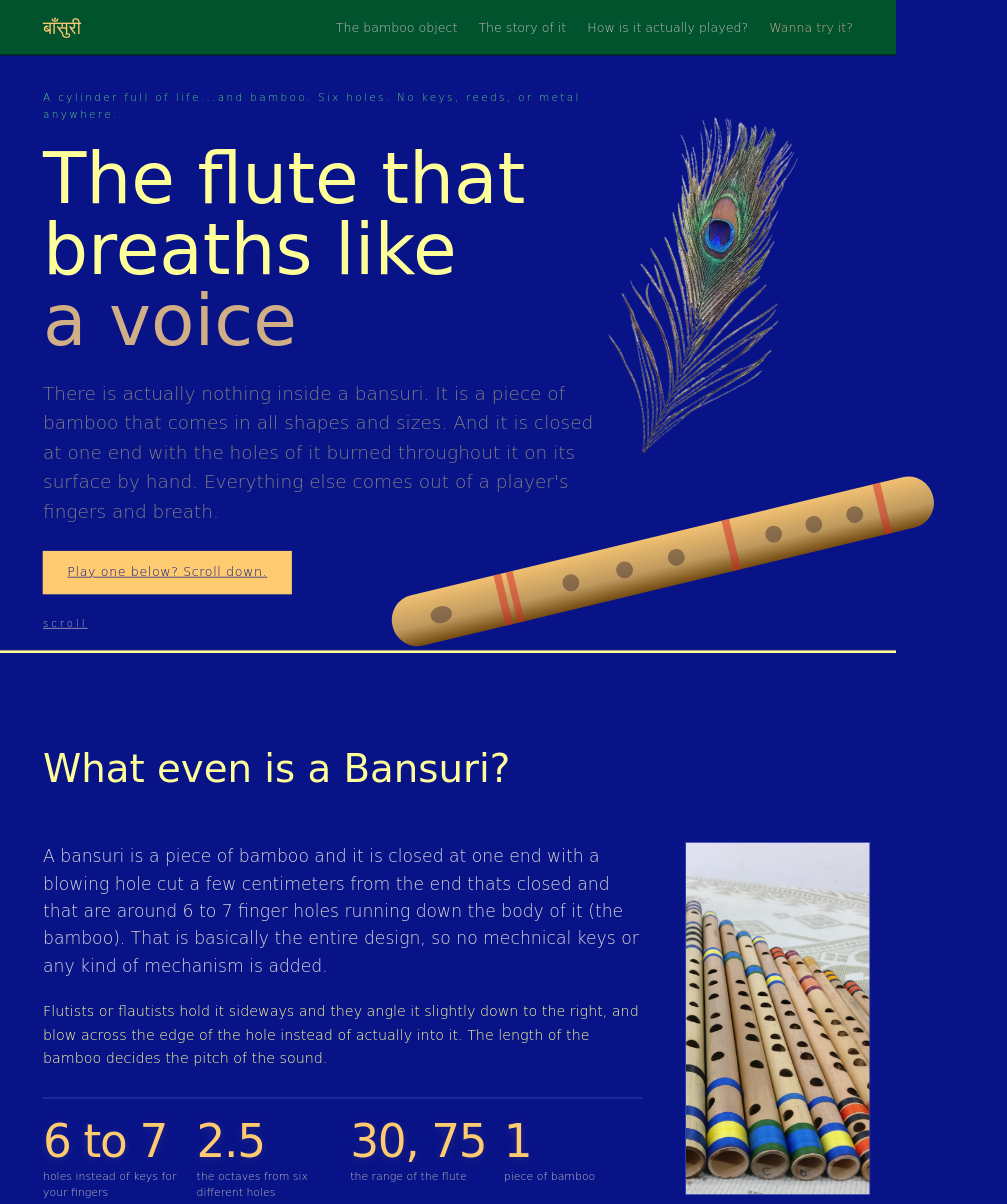
Repository: manayparikh1/Bansi
Page: index.html
An editor plug-in stored every save of this project. The page is shown before and after the next save, followed by the edit.
The browser window is 1280 px wide. The page is 1438 px wide, so the pictures cover 1438 px, including what lies to the right of the window. The pictures show the part of the page from y = 0 to 1720 px (the page is 7251 px tall), at 70% of full size.

Above is the page before, as saved 2026-10-12 12:08:51.

### index.html
<!DOCTYPE html>
<html lang="en">

<head>
    <meta charset="utf-8">
    <meta name="viewport" content="width=device-width, initial-scale=2.5">
    <title>Bansuri ——— the flute with NO keys</title>
    <link rel="preconnect" href="https://fonts.googleapis.com">
    <link rel="preconnect" href="https://fonts.gstatic.com" crossorigin>
    <link href="https://fonts.googleapis.com/css2?family=Marcellus&family=Jost:wght@300;400;500&display=swap"
        rel="stylesheet">
    <!-- Connected both files of css -->
    <link rel="stylesheet" href="style.css">
    <link rel="stylesheet" href="styled.css">

</head>

<body>
    <div class="stars"></div>
    <nav class="bar">
        <span class="mark">बाँसुरी</span>
        <div class="links">
            <a href="#what">The bamboo object</a>
            <a href="#story">The story of it</a>
            <a href="#play">How is it actually played?</a>
            <a href="#studio" class="hot">Wanna try it?</a>
        </div>
    </nav>
    <!-- ===Hero=== -->
    <header class="hero" id="top">
        <div class="hero-inner">
            <p class="eyebrow">A cylinder full of life...and bamboo. Six holes. No keys, reeds, or metal anywhere.</p>
            <h1>The flute that<br>breaths like<br><em>a voice</em></h1>
            <p class="stand">
                There is actually nothing inside a bansuri. It is a piece of bamboo that comes in all shapes and sizes.
                And it is closed at one end with the holes of it burned throughout it on its surface by hand. Everything
                else comes out of a player's fingers and breath.
            </p>
            <a class="cta" href="#studio">Play one below? Scroll down.</a>
            <img class="hero-feather" src="images/feather.png" alt="">
        </div>

        <div class="hero-flute">
            <div class="tube big">
                <span class="node n1"></span>
                <span class="node n2"></span>
                <span class="node n3"></span>
                <span class="node n4"></span>
                <span class="blow"></span>
                <span class="hole h0"></span>
                <span class="hole h1"></span>
                <span class="hole h2"></span>
                <span class="hole h3"></span>
                <span class="hole h4"></span>
                <span class="hole h5"></span>
            </div>
        </div>
        <a class="scroll-hint" href="#what">scroll</a>
    </header>




    <!-- ==1. the object-->
    <section class="band" id="what">
        <div class="wrap two-col">
            <div class="col-head">
                <h2>What even is a Bansuri?</h2>
            </div>
            <div class="body-with-img">
                <div class="col-body">
                    <p class="lead">
                        A bansuri is a piece of bamboo and it is closed at one end with a blowing hole cut a few
                        centimeters
                        from the end thats closed and that are around 6 to 7 finger holes running down the body of it
                        (the
                        bamboo). That is basically the entire design, so no mechnical keys or any kind of mechanism is
                        added.
                    </p>
                    <p>
                        Flutists or flautists hold it sideways and they angle it slightly down to the right, and blow
                        across
                        the edge of the hole instead of actually into it. The length of the bamboo decides the pitch of
                        the
                        sound.
                    </p>
                    <div class="facts">
                        <div class="fact">
                            <b>6 to 7</b>
                            <span>holes instead of keys for your fingers</span>
                        </div>
                        <div class="fact"><b>2.5</b><span>the octaves from six different holes</span></div>
                        <div class="fact"><b>30, 75</b><span>the range of the flute</span></div>
                        <div class="fact"><b>1</b><span>piece of bamboo</span></div>
                    </div>
                </div>
                <figure class="side-img">
                    <img src="images/flute.png" alt="A bamboo flute with holes">
                </figure>
            </div>

            <p class="aside-note">
                The same exact instrument turns up across the subcontinent under dozens of names for example bansi,
                marali,
                pullankuzhal, and venuvu and in the south its called venu which is basically a type of bansuri and it
                has I
                think eight holes and it plays with a bright tone in my opinion.
            </p>
        </div>
    </section>
    <!-- == 2.story -->
    <section class="band tint" id="story">

        <div class="wrap two-col">
            <div class="col-head">
                <h2>From being a cow herdler to performing in a concert hall.</h2>
            </div>
            <div class="col-body">
                <p class="hello">
                    The bamboo flute (bansuri) is so old that nobody can actuall date it. And it is carved into various
                    religious temple walls like Buddhist, Hindu, and Jain. It is super important for Krishna, who is a
                    Hindu god that is depicted for playing the most beautiful flute scales EVER.
                </p>
                <p>
                    Honestly for most of the history it pretty much stayed as a folk instrument. It was small and played
                    in villages and it did not appear on atleast one Hindustani conert stage at all and that all changed
                    one <strong>lifetime</strong>.
                </p>

                <div class="people">
                    <div class="person">
                        <p class="years">1911-1960</p>
                        <h3>Pannalal Ghosh</h3>
                        <p>
                            He was born in Barisal and he rebuilt the instrument to make it fit for classical music. And
                            it was much more longer than any other flute that time, around 32 inches I believe. It
                            dropped the pitch and gave it the sustain effect a raga needs. He popularized the seventh
                            hole and studied under someone named Allauddin Khan. Before him the bansuri was not even a
                            concert instrument, it was used only for village songs. But he made such a big change that
                            after him it was.
                        </p>
                    </div>
                    <div class="person">
                        <p class="years">Born on 1938</p>
                        <h3>Hariprasad Chaurasia</h3>
                        <p>
                            He is still alive today and one of my favourite flute players in the world. He carried it
                            out of India. Fifty years of recordings across most of the major ragas. He taught gurukul in
                            Vrindavan, and collabed with Western musicians and he gave the bansuri a profile thats
                            comparable with the sitar.
                        </p>
                    </div>
                    <div class="col-body">
                        <figure class="story-img">
                            <img src="images/krishna.jpg" alt="Lord Krishna playing the bansuri">
                        </figure>

                    </div>

                </div>
                <p class="tabla">
                    In a performance the bansuri is usually joined by another Indian instrument called the Tabla, which
                    many of you have heard. It is used for rhythm and a tanpura droning underneath, holding the tonic of
                    the bansuri so the never loses its pitch. You can switch that drone on in the studio below.
                    <strong>Try it</strong>.
                </p>
            </div>
        </div>
    </section>
    <!--==3. how is it ac played-->
    <section class="band" id="play">
        <div class="wrap two-col">

            <div class="col-head">
                <h2>Why having no keys is basically the whole point!</h2>
            </div>

            <div>
                <div class="col-body">
                    <p class="lead">
                        A western flute gives you a key per every note. Press it and you get the note and the pitch
                        between two keys does not exist (some of you may not understand what I am saying here but thats
                        fine). The bansuri has nothing buton open holes and the pads of your fingers, which sounds super
                        good for bansuri because you can add sounds that are not even possible on the western flute by
                        sliding and gliding your fingers. (I'll show you a audio recording of me playing in the very
                        bottom).
                    </p>
                    <p>
                        Because a finger can cover a hole halfway, or a third of the way, or roll slowly off it, the
                        player has every pitch between the notes. That is how the flats and sharps of different ragas
                        are found on an instrument with holes that are fixed and it is how a bansuri slides from one
                        note into the next into a single breath.
                    </p>
                    <p>
                        The seven swaras are <b>Sa Re Ga Ma Pa Dha Ni</b>, and Sa is not a fixed frequency surprisingly.
                        It is wherever the flute of the player sits.
                    </p>
                    <div class="swara-row">
                        <span>सा<i>Sa</i></span><span>रे<i>Re</i></span><span>ग<i>Ga</i></span>
                        <span>म<i>Ma</i></span><span>प<i>Pa</i></span><span>ध<i>Dha</i></span>
                        <span>नि<i>Ni</i></span>
                    </div>
                </div>
            </div>
        </div>
    </section>
    <!-- ===4.Studio=== -->
    <section class="thestudio" id="thestudio">
        <div class="wrap">
            <header class="thestudio-head">
                <p class="gold">The studio</p>
                <h2>Play it <strong>without</strong> blowing</h2>
                <p class="thestudio-sub">
                    Press the swara pads or use the row of your keyboard
                    <kbd>A</kbd><kbd>S</kbd><kbd>D</kbd><kbd>F</kbd><kbd>G</kbd><kbd>H</kbd><kbd>J</kbd><kbd>K</kbd>.
                    Hold a note to keep it sustained and the flute above will show you which holes a real player would
                    be covering (as an example).
                </p>
            </header>
            <!-- the main primary instrument with the actually tube creation-->
            <div class="instrument" id="theflute">
                <div class="tube">
                    <span class="node n1"></span>
                    <span class="node n2"></span>
                    <span class="node n3"></span>
                    <span class="blow"></span>
                    <span class="hole h0" id="h0"></span>
                    <span class="hole h1" id="h1"></span>
                    <span class="hole h2" id="h2"></span>
                    <span class="hole h3" id="h3"></span>
                    <span class="hole h4" id="h4"></span>
                    <span class="hole h5" id="h5"></span>
                    <!-- only these much holes are enough because its good for beginners. -->
                </div>
                <p class="breath" id="breath">resting</p>
            </div>
            <!-- Controls -->
            <div class="thedesk">
                <div class="set">
                    <p class="set-label">Raga Colour</p>
                    <div class="thechips" id="thaats">
                        <button type="button" class="chip on" data-thaat="bilwal">Bilwal<i>all natural</i></button>
                        <button type="button" class="chip" data-thaat="yaman">Yaman<i>Ma is sharp</i></button>
                        <button type="button" class="chip" data-thaat="bhairav">Bhairav<i>Re and Dha is flat</i>
                        </button>
                        <button type="button" class="chip" data-thaat="kafi">Kafi<i>Ga and Ni is flat</i></button>
                    </div>
                </div>
                <div class="set">
                    <p class="set-label">Length of the bamboo</p>
                    <div class="thechips" id="sizes">
                        <button type="button" class="chip" data-base="220.00">Long<i>deep</i></button>
                        <button type="button" class="chip on" data-base="293.66">Medium<i>middle</i></button>
                        <button type="button" class="chip" data-base="392.00">Short<i>bright</i></button>
                    </div>
                </div>
            </div>
            <div class="set">
                <p class="set-label">Tanpura</p>
                <div class="thechips">
                    <button type="button" class="chip" id="drone">Drone Off</button>
                </div>
            </div>
            <!-- Swara pads for the fingerings virtual padss-->
            <div class="thepads" id="thepads"></div>
            <p class="thefootnote">
                It has real fingering and it is super simplified: the lower four swaras are created by uncovering the
                holes
                one at a time at any speed you want, and the upper four repeat those shapes while the player blows
                harder
                with more embochure to jump an octave (I will show you that later). The flats and sharps that seperate
                one
                raga from another are actually found by covering half the hole, which a mouse, cursor or whatever you
                are
                using to test will not be able to imitate. So you need a real one for that.
            </p>
        </div>
    </section>
    <!-- My flute gallery with audio -->

    <section class="gallery">
        <div class="wrap">
            <p class="gold">My Bansuri/Flute</p>
            <h2>Hear me <strong>Play</strong></h2>
            <p class="galsub">
                A few recordings of me playing the bamboo flute.
            </p>
            <div class="galcard">
                <audio controls>
                    <source src="audios/flute1.m4a" type="audio/mp4">
                    Your browser does <strong>NOT</strong> support audio.
                </audio>
                <h3>My Bansuri</h3>
                <p>This is a short audio of my playing the flute.</p>
            </div>
            <div class="galcard">
                <audio controls>
                    <source src="audios/flute3.mp3" type="audio/mpeg">
                    Your browser does <strong>NOT</strong> support audio.
                </audio>
                <h3>Another Performance</h3>
                <p>One of my fav recordings in my life.</p>
            </div>
            <div class="galcard">
                <audio controls>
                    <source src="audios/flute2.m4a" type="audio/mp4">
                    Your browser does <strong>NOT</strong> support audio.
                </audio>
                <h3>Bollywood Flute</h3>
                <p>Another audio of me playing</p>
            </div>
        </div>
    </section>

    <!-- this is written in devanagri and it is written the same in hindi and nepali बाँसुरी : flute-->
    <footer class="foot">
        <div class="wrap">
            <p class="foot-big">बाँसुरी</p>
            <p>A page about a hollow stick that has been around for thousands of years can play as if it sings. It has
                no keys, buttons, reeds, or metal. It just has 6-7 holes and a players breath and fingers.</p>
            <p class="small">The sound is generated live with the Web Audio API. And it is built with Javascript, HTML,
                and CSS all on VS Code.</p>
        </div>
    </footer>
    <script src="script.js"></script>
</body>

</html>

### style.css
:root {
    --night: #081388;
    --violet: #404fc0;
    --deep: #a4afff;
    --cream: #ffff99;
    --bamboo: hsl(38, 100%, 72%);
    --bamboo2: #C9A15c;
    --marigold: #d0ae86;
    --rose: #f9775a;
    --peacock: #55cf78;
    --muted: #bfbdbd;
    --wrap: 1360px;
    --pad: clamp(20px, 4vw, 64px);
    --comicfonts-allofthem: 'Comic Sans MS', 'Comic Sans', 'Chalkboard SE';
}

* {
    box-sizing: border-box;
}

html {
    scroll-behavior: smooth;
}

body {
    margin: 0;
    color: var(--cream);
    background: var(--night);
    font-family: var(--comicfonts-allofthem);
    font-size: 17px;
    font-weight: 300;
    line-height: 1.6;
    overflow-x: hidden;
}

h1,
h2,
h3 {

    font-family: var(--comicfonts-allofthem);
    font-weight: 410;
    margin: 0;
    line-height: 1.0;
}

p {
    margin: 0 0 1.2em;
}

p:last-child {
    margin-bottom: 18px;
}

b {
    font-weight: 500;
    color: var(--bamboo);
}

em {
    font-style: normal;
    color: var(--marigold);
}

.wrap {
    width: 100%;
    max-width: var(--wrap);
    margin: 0 auto;
    padding: 0 var(--pad);
}



/*-- Nav --*/
.bar {
    top: 0;
    z-index: 25;
    /*GAP between the yellow hindi word and the buttons beside it*/
    display: flex;
    justify-content: space-between;
    align-items: center;
    gap: 22px;
    border-bottom: 1px solid #000000;
    padding: 15px var(--pad);
    background: rgba(0, 93, 31, 0.87);
}

.mark {
    font-size: 22px;
    font-family: var(--comicfonts-allofthem);
    color: var(--bamboo);
}

.links {
    display: flex;
    gap: 25px;
    flex-wrap: wrap;
}

.body-with-img {
    display: grid;
    grid-template-columns: 66ch minmax(220px, 1fr);
    gap: clamp(24px, 4vw, 60px);
    align-items: start;
}

.side-img {
    margin: 0;
}

.side-img img {

    display: block;
    width: 100%;
    height: 420px;
    aspect-ratio: 4 / 5;
    /*Basically a vertical rectangle*/
    object-fit: cover;
    border: 1px solid var(--violet);
}

@media (max-width: 900px) {
    .body-with-img {
        grid-template-columns: 1fr;
    }
}




.links a {
    font-size: 15px;
    color: var(--muted);
    text-decoration: none;
}

.links a:hover {
    color: var(--cream);
}

/* No matter what, marigold should be used for the hot class,
so !important is added to override any other styles that may be applied to it. */
.hot {
    color: var(--marigold) !important;
}

/*hero*/
/* I change the view height a bit to make it more visually appealing */
.hero {
    position: relative;
    display: flex;
    flex-direction: column;
    justify-content: center;
    padding: 40px var(--pad) 70px;
}

.hero-inner {
    max-width: 680px;
}

.eyebrow {
    font-size: 12.5px;
    letter-spacing: 0.22em;
    color: var(--peacock);
    margin-bottom: 25px;
}

.eyebrow.g {
    color: var(--marigold);
}

h1 {
    font-size: clamp(42px, 6.6vw, 96px);
    margin-bottom: 26px;
}

.stand {
    max-width: 56ch;
    font-size: clamp(17px, 2.1vw, 22px);
    color: #7f7f7f;
    margin-bottom: 29px;
}

.cta {
    display: inline-block;
    letter-spacing: 0.05em;
    background: var(--bamboo);
    padding: 14px 29px;
    font-size: 15px;
    color: var(--night);
}

.cta:hover {
    background: var(--marigold);
}

.hero-flute {
    position: absolute;
    right: -5%;
    bottom: 11%;
    width: 62%;
    max-width: 890px;
    transform: rotate(-13.5deg);
    opacity: 0.945;
    pointer-events: none;
    animation: float 9s ease-in-out infinite;
}

/*helps with the animation of the design*/
.scroll-hint {
    position: absolute;
    left: var(--pad);
    bottom: 25px;
    letter-spacing: 0.3em;
    color: var(--muted);
    font-size: 12px;
}

.tabla {
    margin: 26px;
    padding: 18px 22px;
    border-left: 2px solid var(--peacock);
    color: var(--muted);
    font-size: 15px;
}

/*bambooo*/
.instrument {
    max-width: 640px;
    margin: 0 auto 34px;
}

.tube {
    position: relative;
    border-radius: 26px;
    height: 54px;
    background: linear-gradient(180deg, var(--bamboo) 0%, var(--bamboo2) 62%, #7a4e0b 100%);
}

/*be careful of spacing because there was syntax-errors*/
.tube.big {
    height: 62px;
    border-radius: 30px;
}

.node {
    position: absolute;
    top: 0;
    bottom: 0;
    width: 9px;
    background: rgba(223, 41, 31, 0.5)
}

.n1 {
    left: 22%
}

.n2 {
    left: 62%;
}

.n3 {
    left: 90%;
}

.n4 {
    left: 19.8%;
}

.blow {
    position: absolute;
    left: 7%;
    top: 50%;
    width: 26px;
    height: 20px;
    margin-top: -10px;
    border-radius: 50%;
    background: rgba(73, 55, 46, 0.5);
}

.hole {
    position: absolute;
    top: 50%;
    width: 20px;
    height: 20px;
    margin-top: -11px;
    border-radius: 50%;
    background: rgba(73, 55, 46, 0.5);
    transition: background 0.09s, box-shadow 0.09s;
}

.h0 {
    left: 31.5%;
}

.h1 {
    left: 41.5%;
}

.h2 {
    left: 51%;
}

.h3 {
    left: 69%;
}

.h4 {
    left: 76.5%;
}

.h5 {
    left: 84%;
}

/*--the bands*/
/*it is the titles of the whole thing (very important for looks+organization*/
.band {
    padding: clamp(70px, 9vw, 130px) 0;
    /*gives it good spacing from top/bottom*/
    box-shadow: 0 -3px 0 0 var(--cream), 0 -4px 0 0 rgba(201, 161, 92, 0.4);
}

.two-col {
    display: grid;
    grid-template-columns: 1fr;
    gap: clamp(28px, 5vw, 80px);
    align-items: start;

}

.num {
    font-family: var(--comicfonts-allofthem);
    color: var(--rose);
    margin-bottom: 15px;
    font-size: 16px;
}

Loaded but not shown: script.js (57 lines, source omitted); styled.css (508 lines, source omitted)

After the next save:
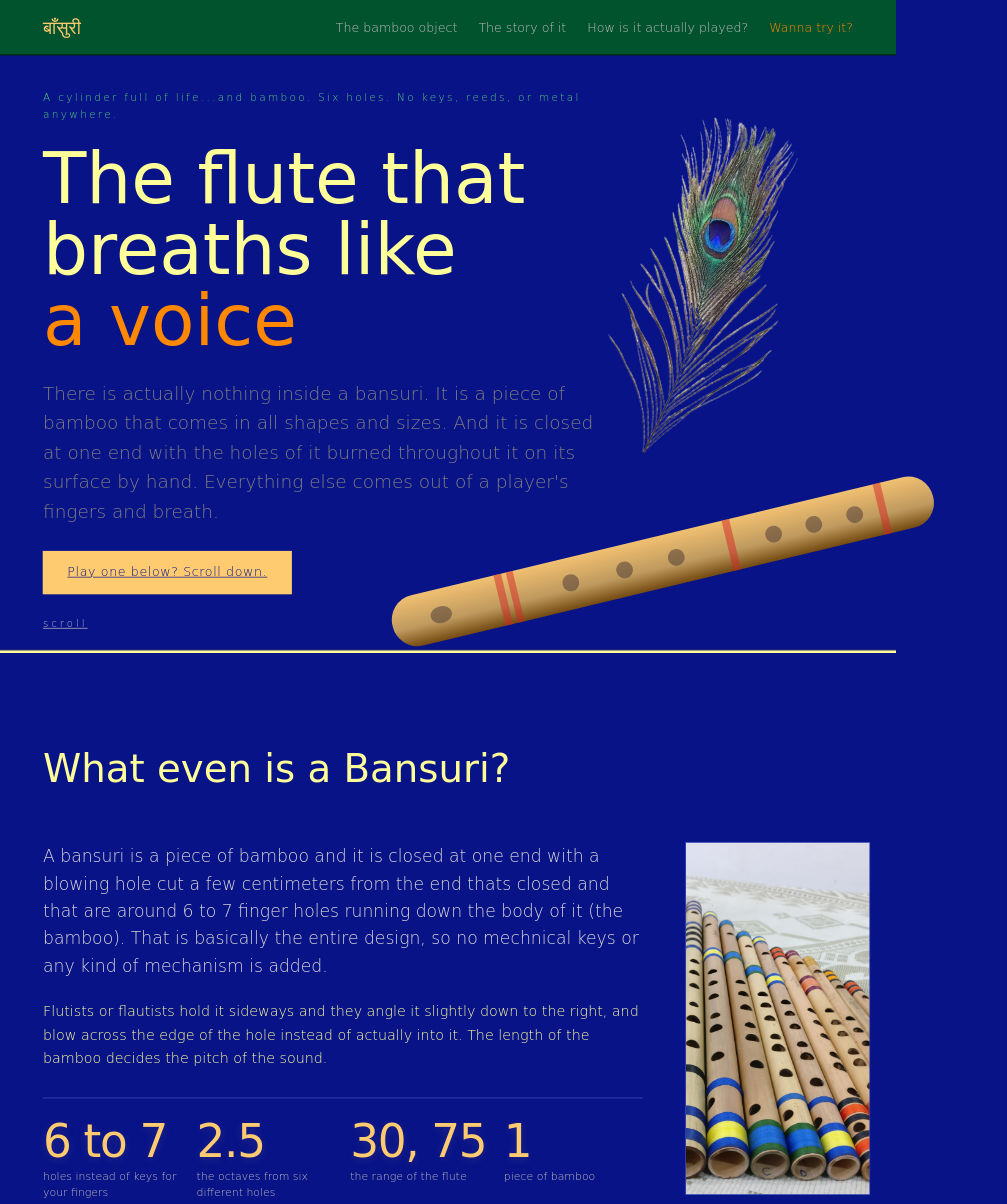
Saved 71 s later.
--- a/style.css
+++ b/style.css
@@ -5,7 +5,7 @@
     --cream: #ffff99;
     --bamboo: hsl(38, 100%, 72%);
     --bamboo2: #C9A15c;
-    --marigold: #d0ae86;
+    --marigold: #ff8800;
     --rose: #f9775a;
     --peacock: #55cf78;
     --muted: #bfbdbd;
